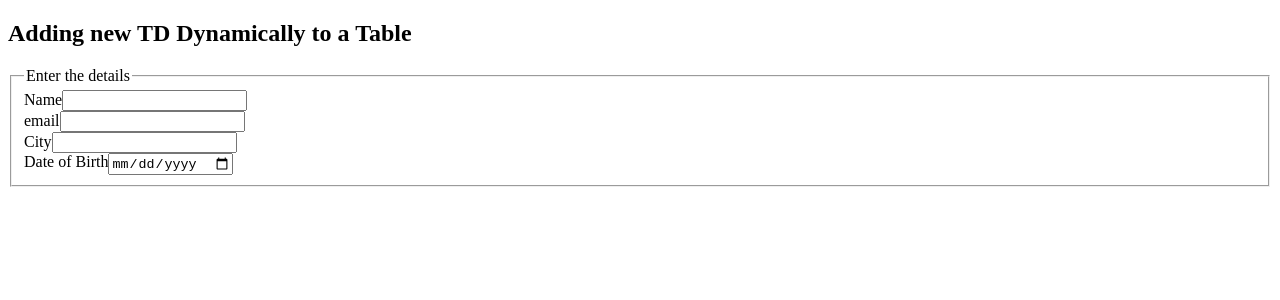
Repository: ishanbassi/iotasol-assignments
Page: /iotasol/work-6
The author's editor kept a copy of each file at every save. The page is drawn from the files as they stood at one save, then again after the next save.
The browser window is 1280 px wide. The pictures show the whole page.
The project was rebuilt for these pictures with package versions that can differ from the ones it lists, and the page was loaded fresh each time. The framework's server and built-in components were replaced by stand-ins that run in the browser. Also part of the build but not shown: styles/global.css.

Above is the page before, as saved 2022-11-08 16:51:30.

### pages/_app.tsx
import "../styles/global.css"
export default function App({Component,ComponentProps}){
    return(
        <Component {...ComponentProps}/>
    )
}

### pages/iotasol/work-6.tsx
export default function App() {
    return (
        <>
            <h2>Adding new TD Dynamically to a Table</h2>
            <form>
                <fieldset>
                    <legend>Enter the details</legend>
                    <div>
                        <label htmlFor="name">Name</label>
                        <input type="text" name="full name" id="name" />
                    </div>
                    <div>
                        <label htmlFor="email">email</label>
                        <input type="email" name="email" id="email" />
                    </div>
                    <div>

                        <label htmlFor="city">City</label>
                        <input type="text" name="city" id="city" />
                    </div>

                    <div>
                        <label htmlFor="dob">Date of Birth</label>
                        <input type="date" name="dob" id="dob" />

                    </div>



                </fieldset>
            </form>
        </>
    )
}

After the next save:
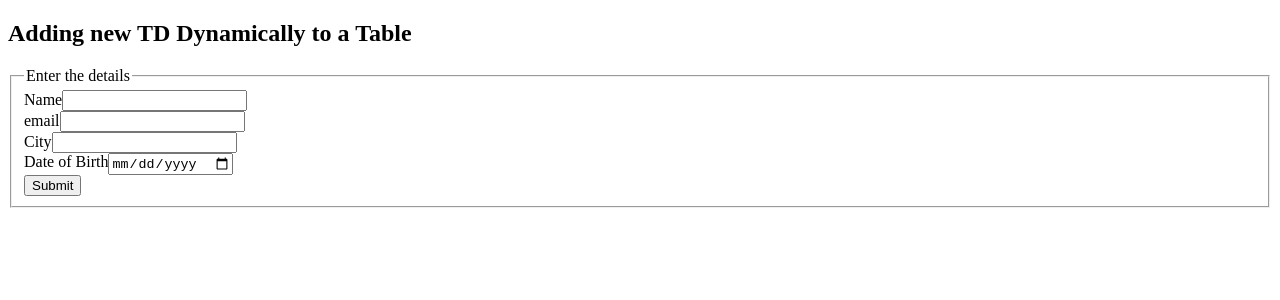
Saved 4 min 7 s later.
--- a/pages/iotasol/work-6.tsx
+++ b/pages/iotasol/work-6.tsx
@@ -1,8 +1,21 @@
+import { useState } from "react"
+interface userData{
+    name:string,
+    email:string,
+    city:string,
+    dob:Date
+}
 export default function App() {
+    const [userData, setUserData] = useState<userData[]>()
+    const addData = (e) => {
+        e.preventDefault()
+        const form = new FormData(e.target)
+        console.log(form.values())
+    }
     return (
         <>
             <h2>Adding new TD Dynamically to a Table</h2>
-            <form>
+            <form onSubmit={addData}>
                 <fieldset>
                     <legend>Enter the details</legend>
                     <div>
@@ -26,7 +39,7 @@ export default function App() {
                     </div>
 
 
-
+                    <button type="submit">Submit</button>
                 </fieldset>
             </form>
         </>
